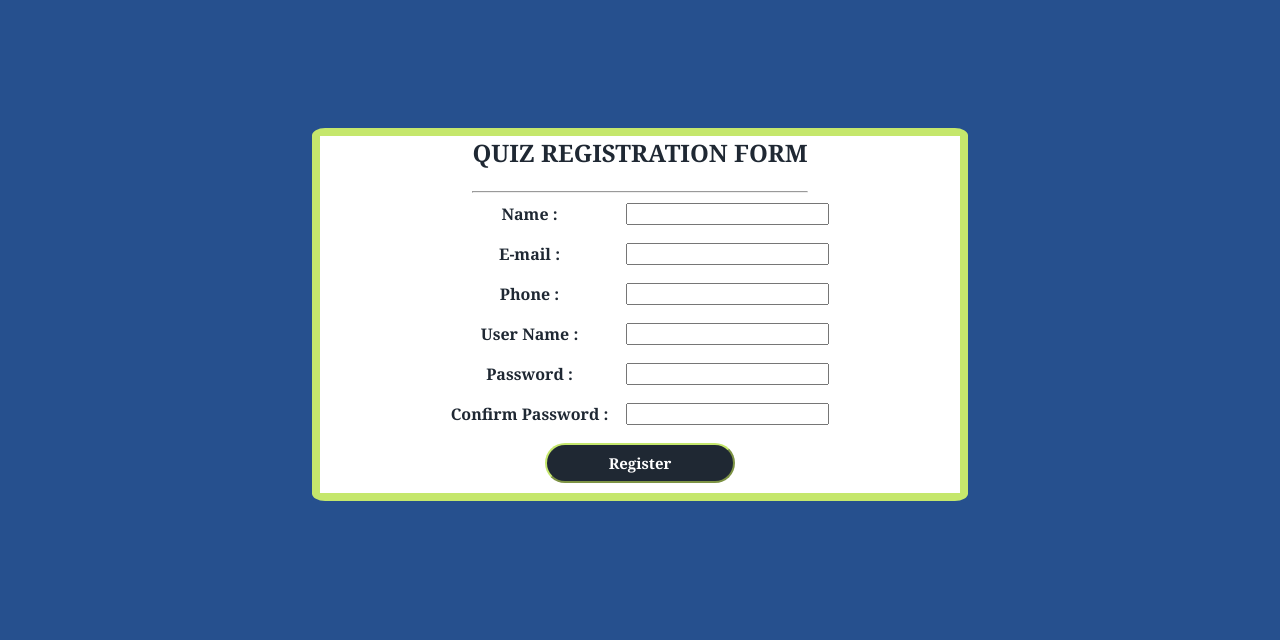
Repository: Pooja0109/Online-Quiz-Application
Page: http://localhost/QuizApplication/Register.jsp
An editor plug-in stored every save of this project. The page is shown before and after the next save, followed by the edit.
The browser window is 1280 px wide. The pictures show the whole page.
The page is served by Tomcat 9.

Above is the page before, as saved 2023-04-01 11:42:05.

After the next save:
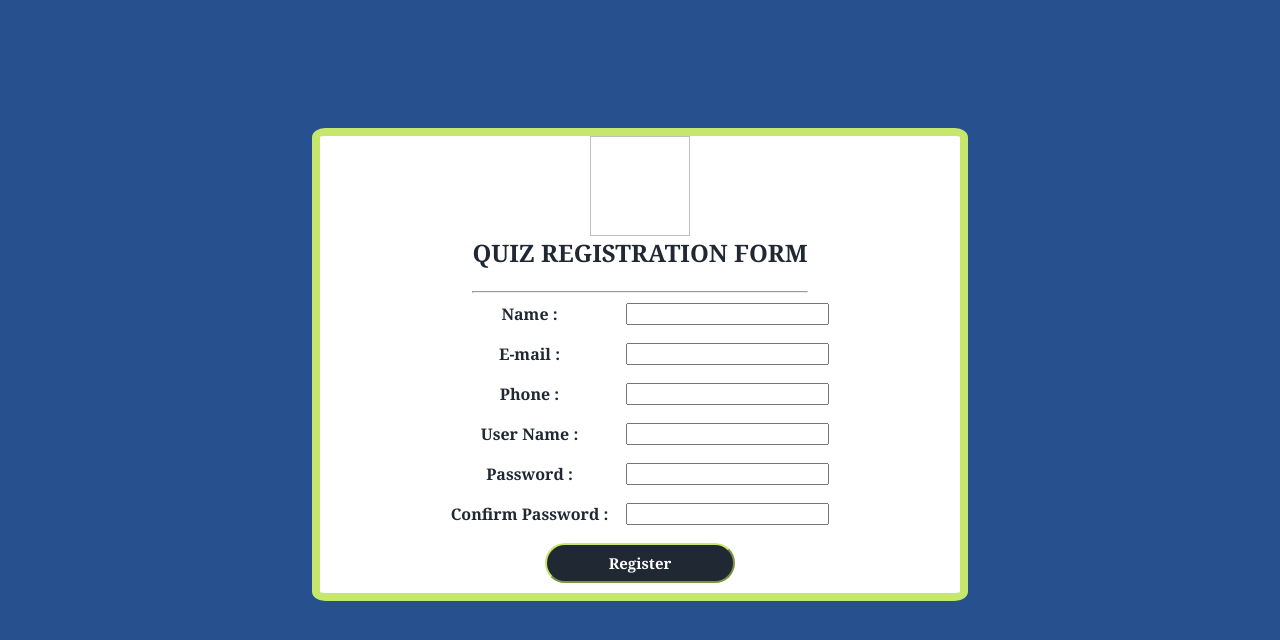
Saved 33 s later.
--- a/QuizApplication/QuizApplication/WebContent/Register.jsp
+++ b/QuizApplication/QuizApplication/WebContent/Register.jsp
@@ -10,6 +10,9 @@
 <body>
 <form action="RegisterServlet" method="post">
         <div class="container">
+            <div class="items">
+                <img class="picture">
+            </div>
             <div class="items">
                 <h2>QUIZ REGISTRATION FORM</h2><br>
                 <hr>
